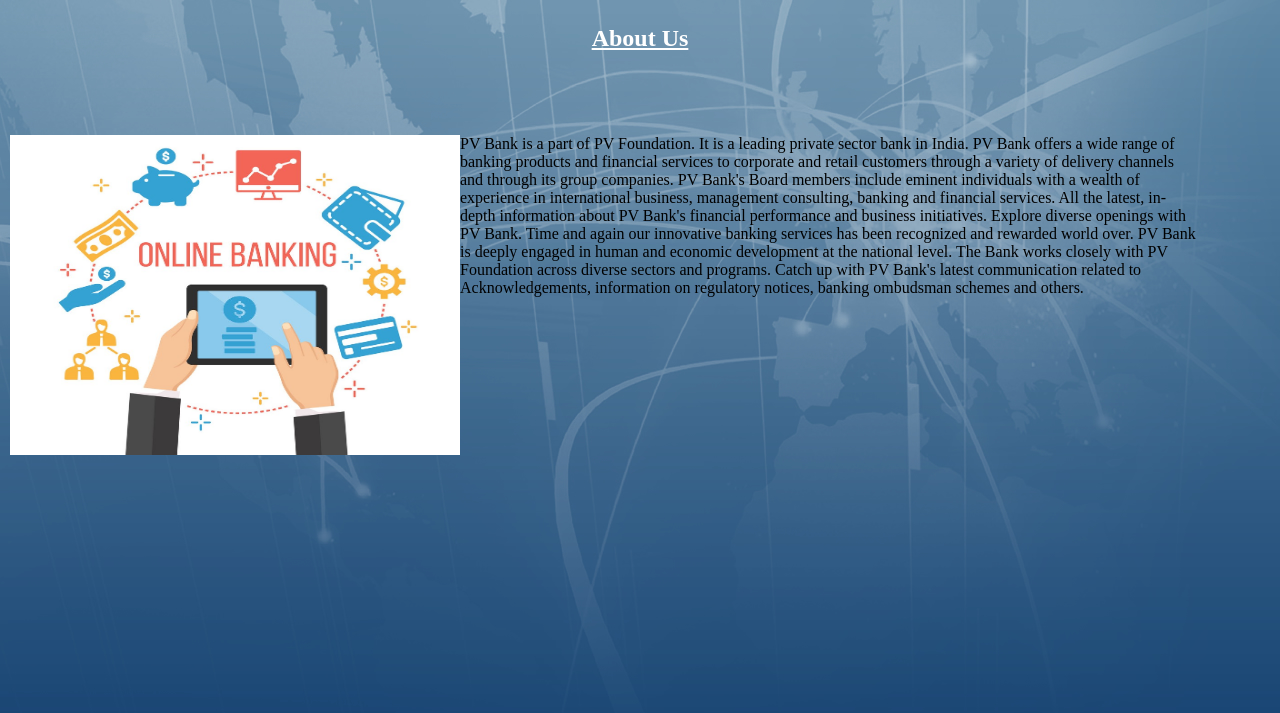
Repository: PrabhaBas/TheSparksFoundation_BasicBankingSystem
Page: http://localhost/PVBank/aboutPage.jsp
The author's editor kept a copy of each file at every save. The page is drawn from the files as they stood at one save, then again after the next save.
The browser window is 1280 px wide. The pictures show the whole page.
The page is served by Tomcat 9.

Above is the page before, as saved 2021-08-18 11:34:12.

After the next save:
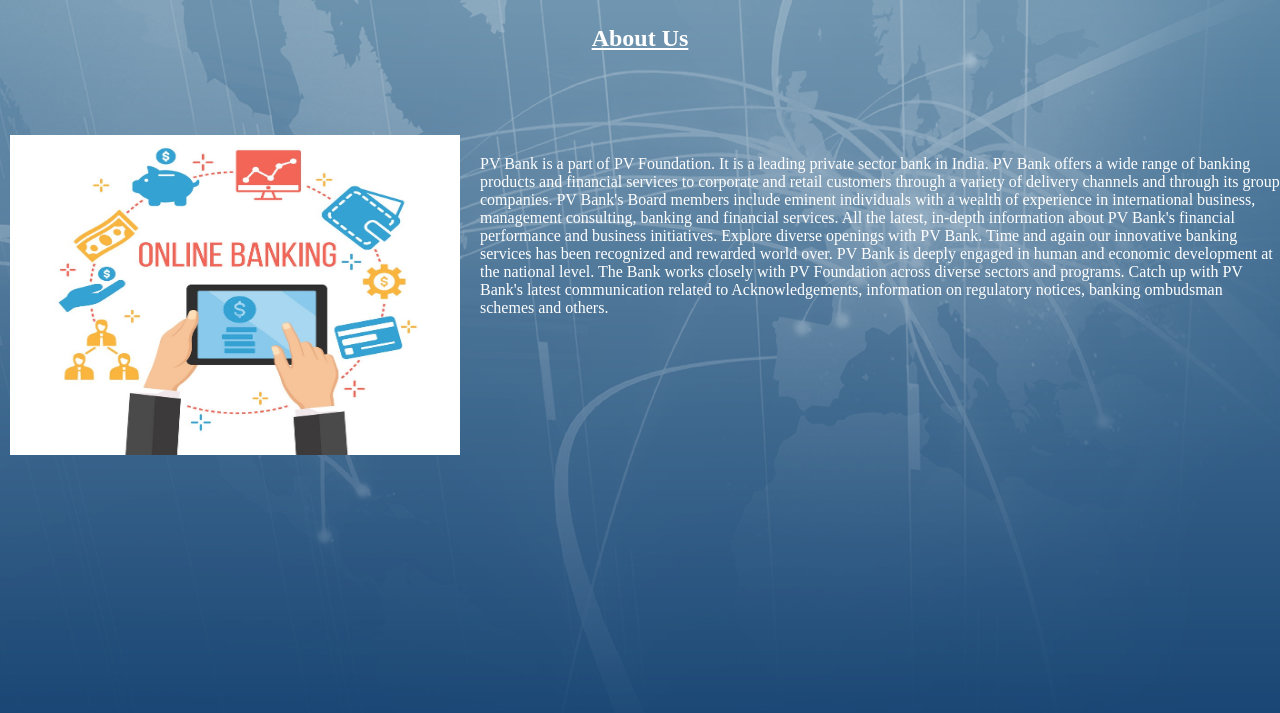
Saved 11 s later.
--- a/PVBank/src/main/webapp/aboutPage.jsp
+++ b/PVBank/src/main/webapp/aboutPage.jsp
@@ -57,15 +57,15 @@ margin-right: 20px;
       </style>
 </head>
 <body>
-
-<div class="about-section">
+ <div class="about-section">
         <h2 id="head1">About Us</h2>
       </div>
 
       <div id="writer">
         <img id="img" src="images/online_bank1.jpg" alt="Girl in a jacket" width="450" height="320">
-
-        <p>
+        </div>
+        <div id="para">
+        <p >
           PV Bank is a part of PV Foundation.
           It is a leading private sector bank in India.
            PV Bank offers a wide range of banking products and
@@ -78,9 +78,8 @@ margin-right: 20px;
             PV Bank is deeply engaged in human and economic development at the national level. The Bank works closely with PV Foundation across diverse sectors and programs.
             Catch up with PV Bank's latest communication related to Acknowledgements, information on regulatory notices, banking ombudsman schemes and others.
         </p>
+      </div>
 
-
-      </div>
 
 </body>
 </html>
